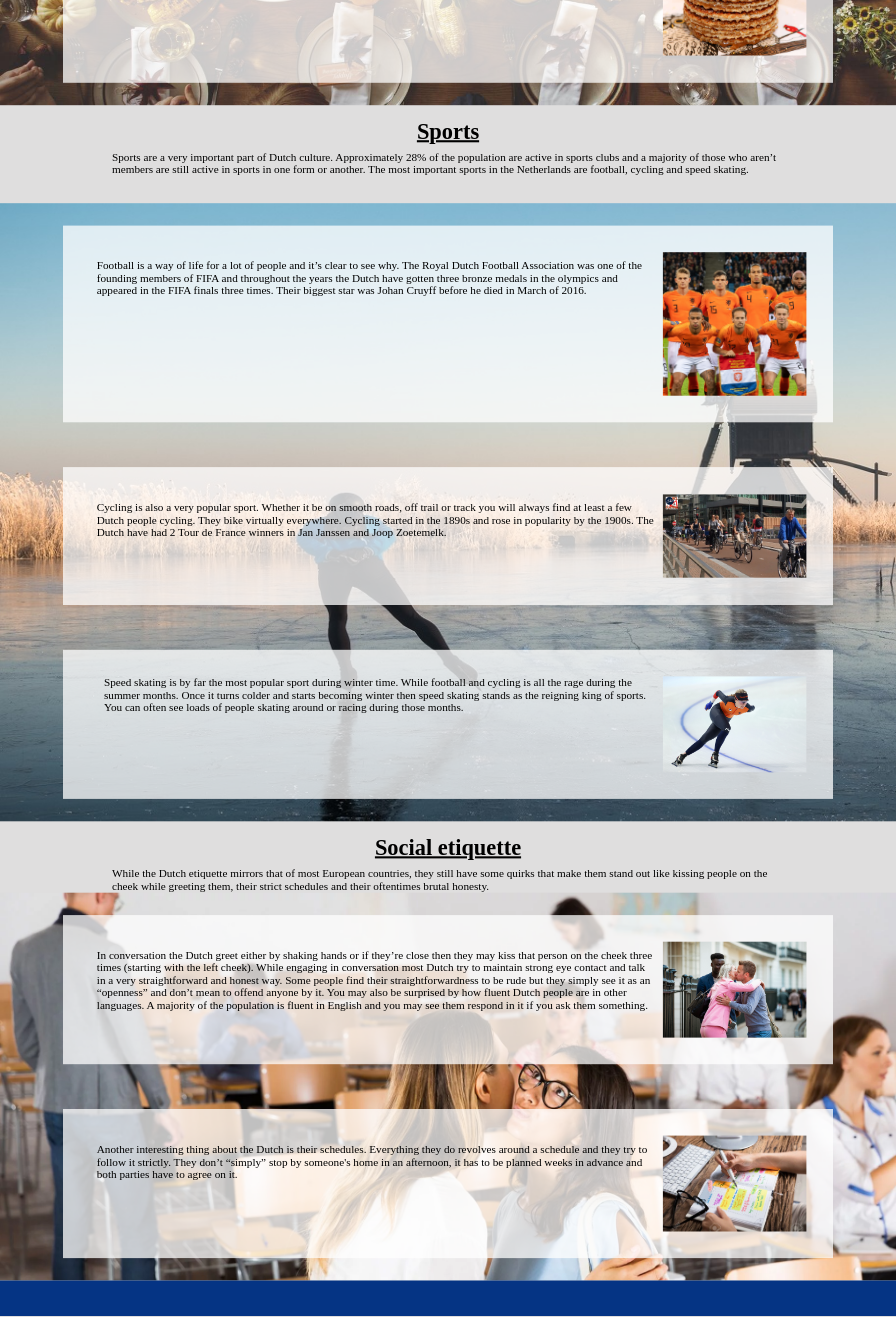
Repository: Cornman63/The-netherlands
Page: html/culture.html
An editor plug-in stored every save of this project. The page is shown before and after the next save, followed by the edit.
The browser window is 1280 px wide. The pictures show the part of the page from y = 665 to 2585 px (the page is 2546 px tall before and 2585 px after), at 70% of full size.

Above is the page before, as saved 2023-05-28 13:45:02.

After the next save:
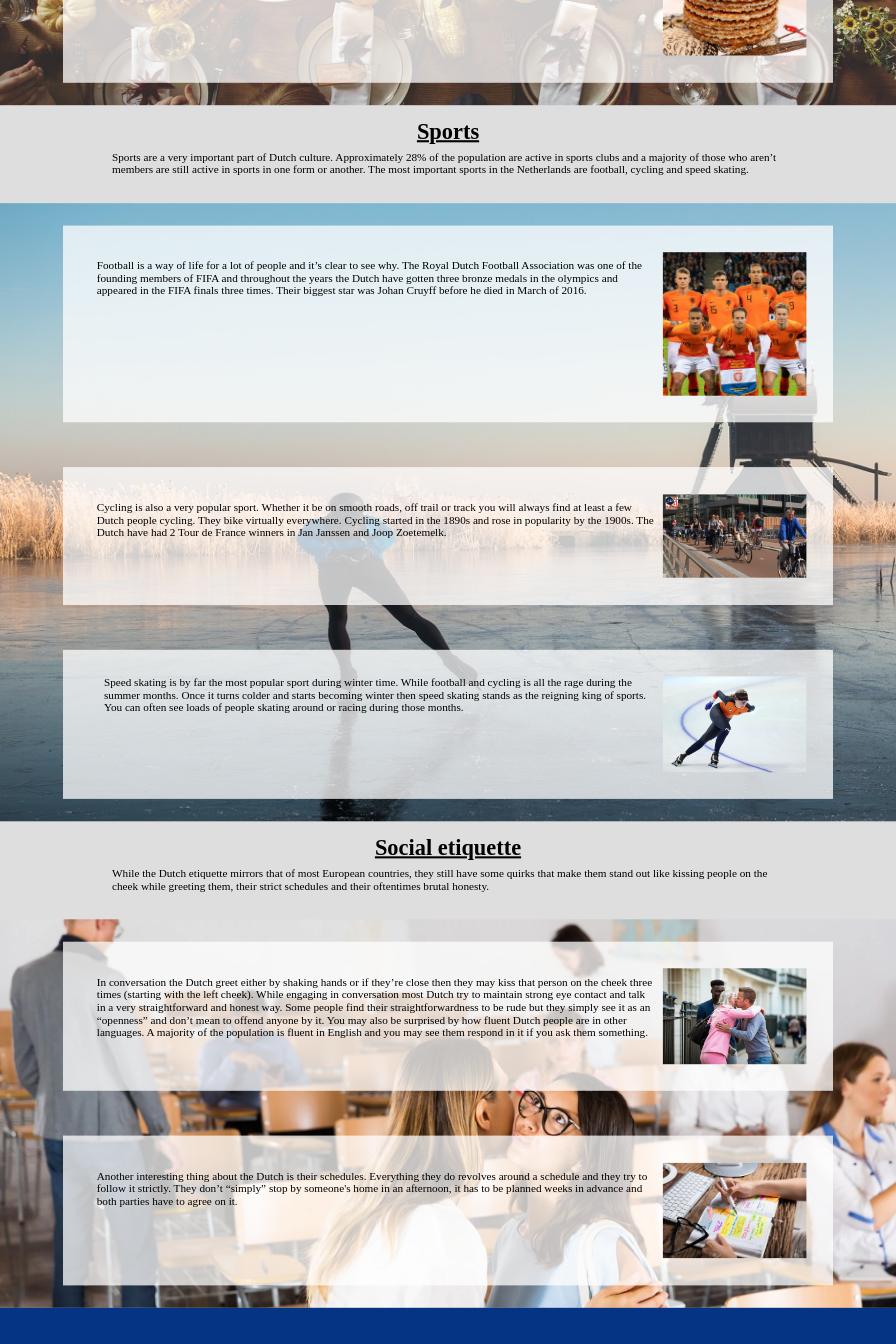
Saved 18 s later.
--- a/CSS/style2.css
+++ b/CSS/style2.css
@@ -58,7 +58,7 @@ footer{
 .food,.h {
     margin: auto;
 }
-.sportmain {
+.sportmain, .soceqmain {
     margin-top: 3%;
 }
 .h {
